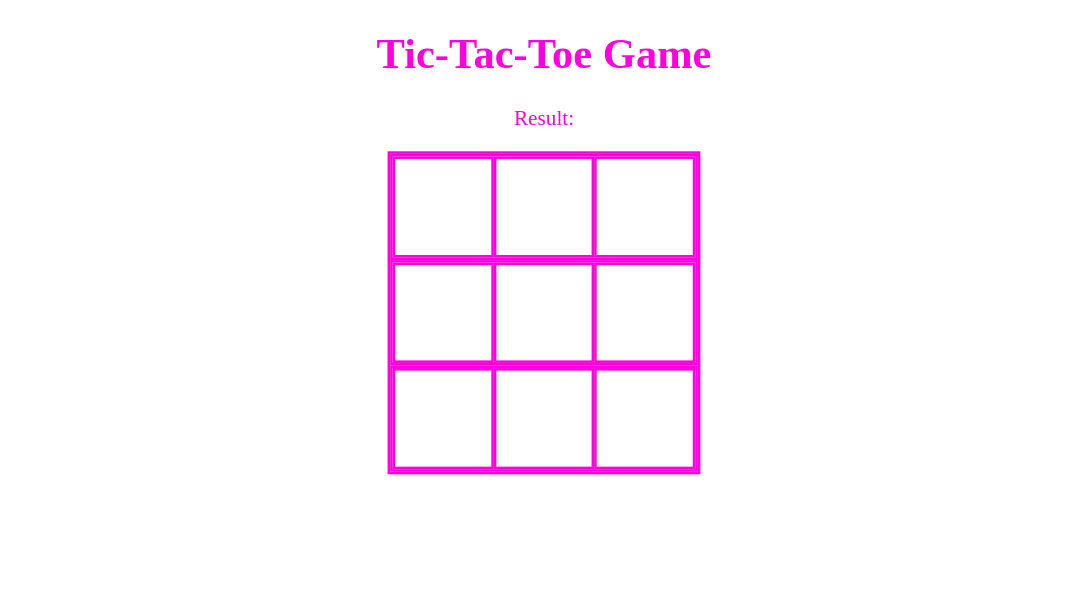
Repository: 0101chaitanya/Tic-Tac-Toe
Page: index.html
The author's editor kept a copy of each file at every save. The page is drawn from the files as they stood at one save, then again after the next save.
The browser window is 1280 px wide. The pictures show the whole page, at 85% of full size.

Above is the page before, as saved 2021-06-09 17:51:32.

After the next save:
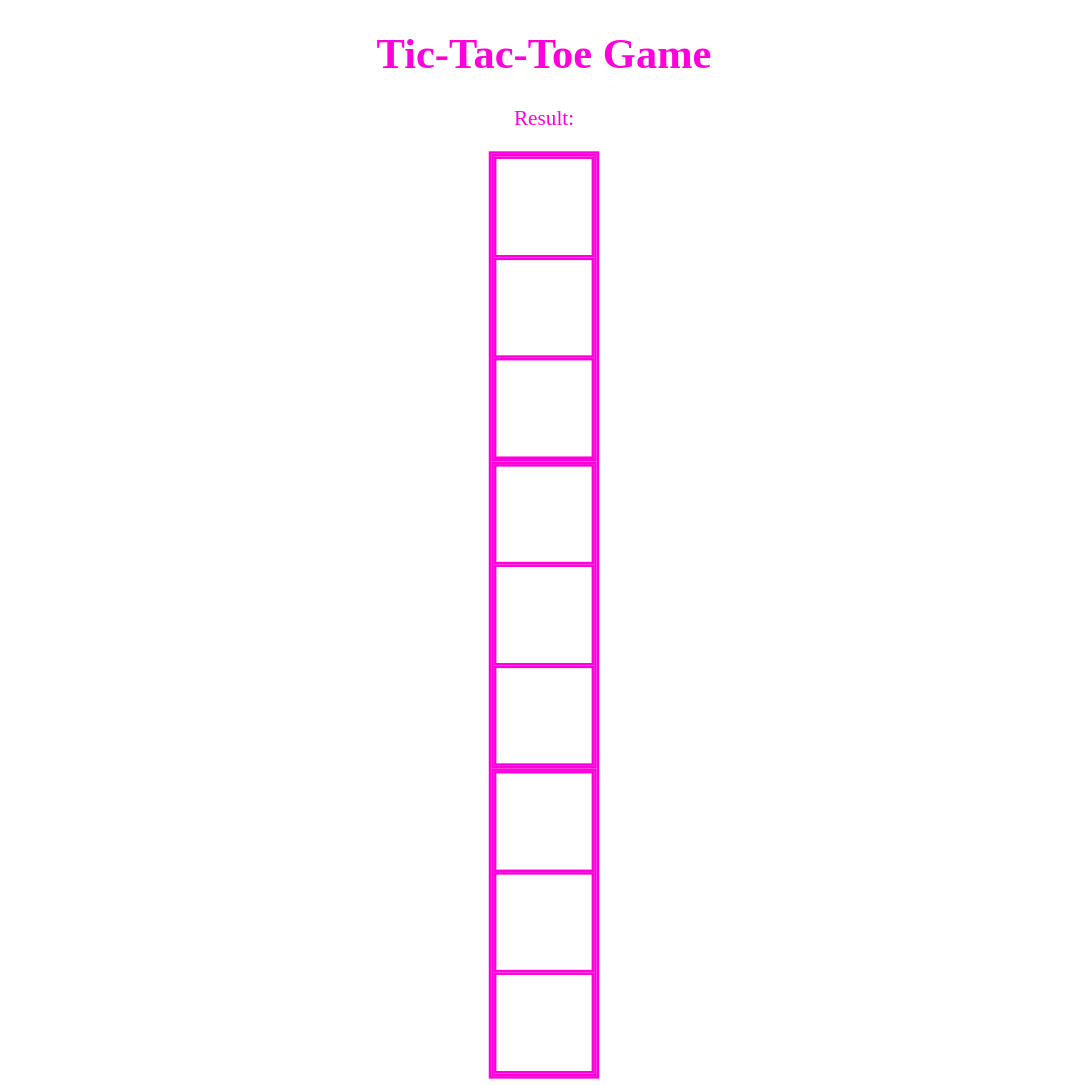
Saved 77 s later.
--- a/styles.css
+++ b/styles.css
@@ -30,12 +30,12 @@
 }
 #gameSquare>div:nth-child(n){
     border-style: solid;
-    display:flex;
     width:fit-content;
     height:fit-content;
+    /* display:flex;
     justify-content:center;
     align-items:center;
-}
+ */}
 #gameSquare>div:nth-child(n)>div:nth-child(n){
     display:block;
     margin: auto;

After the save that followed:
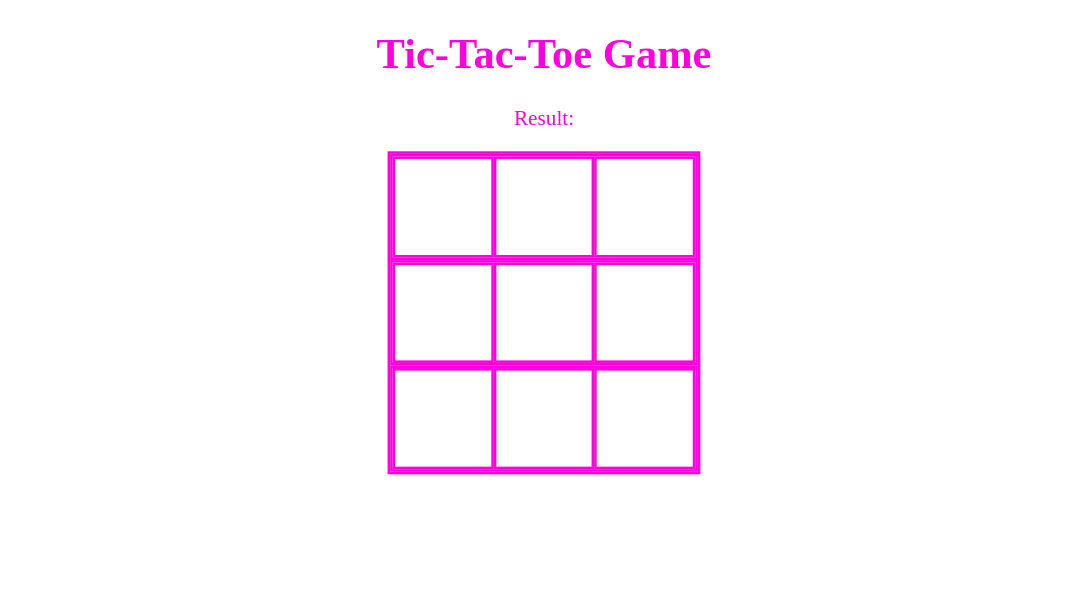
Saved 24 s later.
--- a/styles.css
+++ b/styles.css
@@ -32,10 +32,10 @@
     border-style: solid;
     width:fit-content;
     height:fit-content;
-    /* display:flex;
+    display:flex;
     justify-content:center;
     align-items:center;
- */}
+}
 #gameSquare>div:nth-child(n)>div:nth-child(n){
     display:block;
     margin: auto;
